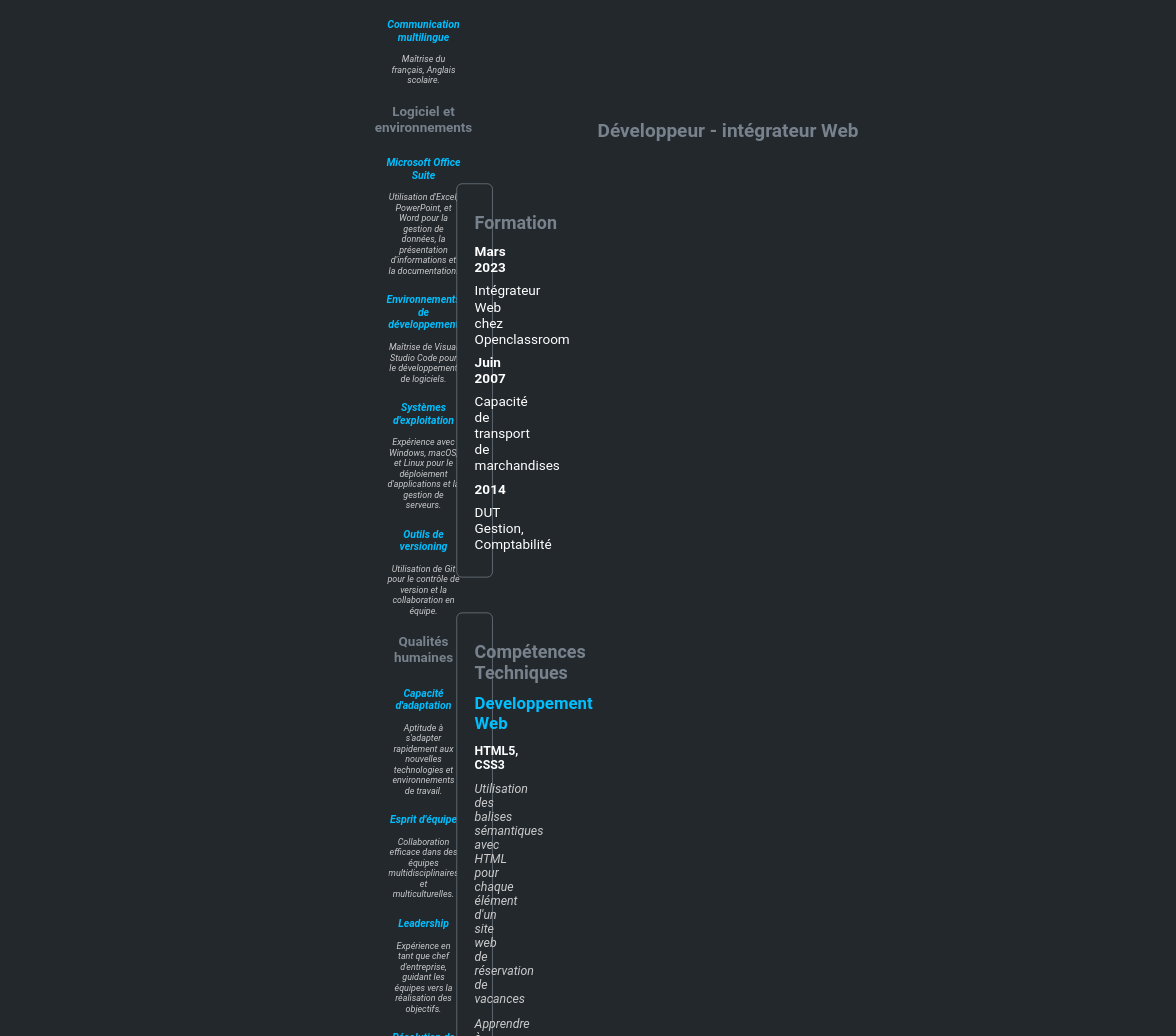
Repository: Christian121966/cv-logistique
Page: /
These files come from the project's save history. The page is drawn as it stood at one moment and after the next save; the edit follows.
The browser window is 1280 px wide. The page is 1680 px wide, so the pictures cover 1680 px, including what lies to the right of the window. The pictures show the part of the page from y = 0 to 1480 px (the page is 7311 px tall), at 70% of full size.
The project was rebuilt for these pictures with package versions that can differ from the ones it lists, and the page was loaded fresh each time.

Above is the page before, as saved 2024-07-29 01:23:53.

### public/index.html
<!DOCTYPE html>
<html lang="en">
  <head>
    <meta charset="utf-8" />
    <link rel="icon" href="%PUBLIC_URL%/favicon.ico" />
    <meta name="viewport" content="width=device-width, initial-scale=1" />
    <meta name="theme-color" content="#000000" />
    <meta name="description" content="Curriculum Vitae de Christian Boissy, développeur web front-end" />
    <meta name="keywords" content="Christian Boissy, CV, développeur front-end, React, Node.js, JavaScript" />
    <meta name="author" content="Christian Boissy" />

    <!-- Open Graph Meta Tags -->
    <meta property="og:title" content="CV de Christian Boissy" />
    <meta property="og:description" content="Curriculum Vitae de Christian Boissy, développeur web front-end" />
    <meta property="og:image" content="%PUBLIC_URL%/logo192.png" />
    <meta property="og:url" content="https://christian121966.github.io/cv-christian-boissy/" />
    <meta property="og:type" content="website" />

    <!-- Twitter Card Meta Tags -->
    <meta name="twitter:card" content="summary_large_image" />
    <meta name="twitter:title" content="CV de Christian Boissy" />
    <meta name="twitter:description" content="Curriculum Vitae de Christian Boissy, développeur web front-end" />
    <meta name="twitter:image" content="%PUBLIC_URL%/logo192.png" />

    <link rel="apple-touch-icon" href="%PUBLIC_URL%/logo192.png" />
    <link rel="manifest" href="%PUBLIC_URL%/manifest.json" />
    <title>CV-CHRISTIAN-BOISSY</title>

    <!-- Google Analytics -->
    <script async src="https://www.googletagmanager.com/gtag/js?id=G-K4EJ3NRTQS"></script>
    <script>
      window.dataLayer = window.dataLayer || [];
      function gtag(){dataLayer.push(arguments);}
      gtag('js', new Date());
      gtag('config', 'G-K4EJ3NRTQS');
    </script>
  </head>
  <body>
    <noscript>You need to enable JavaScript to run this app.</noscript>
    <div id="root"></div>
    <!--
      This HTML file is a template.
      If you open it directly in the browser, you will see an empty page.

      You can add webfonts, meta tags, or analytics to this file.
      The build step will place the bundled scripts into the <body> tag.

      To begin the development, run `npm start` or `yarn start`.
      To create a production bundle, use `npm run build` or `yarn build`.
    -->
  </body>
</html>

### src/index.js
import React from 'react';
import ReactDOM from 'react-dom/client';
import './index.css';
import App from './App';
import ReactGA from 'react-ga4';

ReactGA.initialize('G-K4EJ3NRTQS', {
  cookieFlags: 'SameSite=None; Secure'
});

ReactGA.send('pageview');

const root = ReactDOM.createRoot(document.getElementById('root'));
root.render(
  <React.StrictMode>
    <App />
  </React.StrictMode>
);

### src/App.js
import React from 'react';
import './App.css';
import Footer from './components/Footer';
import Section from './components/Section';
import Sidebar from './components/Sidebar';
import Formation from './components/Formation';
import CompetencesTechniques from './components/CompetencesTechniques';
import ExperiencesProfessionnelles from './components/ExperiencesProfessionnelles';

function App() {
  return (
    <div className="App">
      <header className="cv-title">
        <h1>Développeur - intégrateur Web</h1>
      </header>
      <div className="container">
        <Sidebar />
        <main>
          <div className="card">
            <Section title="Formation">
              <Formation />
            </Section>
          </div>
          <div className="card">
            <Section title="Compétences Techniques">
              <CompetencesTechniques />
            </Section>
          </div>
          <div className="card">
            <Section title="Expériences Professionnelles">
              <ExperiencesProfessionnelles />
            </Section>
          </div>
        </main>
      </div>
      <Footer />
    </div>
  );
}

export default App;

### src/App.css
@charset "UTF-8";
/* Variables de couleurs */
/* Mixins */
*,
*::before,
*::after {
  box-sizing: border-box;
  margin: 0;
  padding: 0;
}

body {
  background-color: rgb(35, 40, 45);
  color: rgb(255, 255, 255);
  font-family: "Roboto", sans-serif;
  padding: 0;
  margin: 0;
  overflow-x: hidden;
  overflow-y: auto;
}
body header.cv-title {
  display: flex;
  justify-content: center;
  position: relative;
  top: 185px;
  left: 0;
  margin-bottom: 2px;
}
body header.cv-title h1 {
  color: rgb(120, 130, 140);
  font-size: 1em;
}
body .container {
  display: flex;
  flex-direction: column;
  padding: 10px;
}
body .container .container {
  display: flex;
  flex-direction: column;
  padding: 10px;
}
body .container .sidebar {
  width: 100%;
  font-size: 0.8em;
  display: flex;
  flex-direction: column;
  justify-content: center;
  align-items: center;
  padding: 2px;
}
body .container .sidebar h2 {
  font-size: 1.5em;
  text-align: center;
  margin: 15px 0 15px 0;
  color: rgb(120, 130, 140);
}
body .container .sidebar .profile-photo {
  width: 150px;
  height: 150px;
  border-radius: 50%;
  margin-bottom: 30px;
  cursor: pointer;
  transition: width 0.3s ease, height 0.3s ease;
}
body .container .sidebar .profile-photo:hover {
  width: 360px;
  height: 360px;
  border-radius: 50%;
  margin-bottom: 30px;
}
body .container .sidebar address {
  margin-top: 15px;
}
body .container .sidebar address a {
  color: mediumaquamarine;
}
body .container .sidebar ul {
  list-style-type: none;
  text-align: center;
}
body .container .sidebar ul h3 {
  margin: 15px 0 15px 0;
  color: deepskyblue;
}
body .container .sidebar ul li {
  display: flex;
  flex-direction: column;
  margin-bottom: 10px;
  overflow-y: auto;
}
body .container .sidebar ul li li > span {
  display: block; /* Assurez-vous que span est affiché comme bloc */
  text-align: center; /* Exemple de centrage de span */
  color: #777; /* Exemple de couleur de texte */
}
body main {
  margin: 0;
}
body section h2 {
  font-size: 1.2em;
  margin: 15px 0 15px 0;
}
body .card {
  margin: 5px;
  padding: 10px;
  background: rgb(35, 40, 45);
  border: 1px solid rgb(120, 130, 140);
  border-radius: 8px;
}
body .card div, body .card ul {
  font-size: 0.9em;
  list-style-type: none;
  margin-bottom: 10px;
}
body .card h2 {
  color: rgb(120, 130, 140);
}
body .card h3 {
  font-size: 1.1em;
  margin: 15px 0 15px 0;
  color: deepskyblue;
}
body li {
  margin-bottom: 15px;
  font-style: italic;
  color: #ccc;
}
body .li_title {
  font-weight: bold;
  font-style: normal;
  color: #fff;
}
body p {
  font-size: 1em;
}
body footer p {
  font-size: 0.6em;
  display: flex;
  justify-content: center;
  text-align: center;
}

/* Pour les écrans de 320px à 425px */
@media screen and (max-width: 425px) {
  body header.cv-title {
    position: relative;
    top: 190px;
    left: 0;
    margin-bottom: 2px;
    text-align: center;
  }
  body header.cv-title h1 {
    color: rgb(120, 130, 140);
    font-size: 1.2em;
  }
  body .container {
    display: flex;
    flex-direction: column;
    padding: 10px;
  }
  body .sidebar {
    width: 100%;
    font-size: 0.8em;
    display: flex;
    flex-direction: column;
    justify-content: center;
    align-items: center;
    padding: 2px;
  }
  body .sidebar h2 {
    font-size: 1.1em;
    text-align: center;
    margin: 15px 0;
    color: rgb(120, 130, 140);
  }
  body .sidebar .profile-photo {
    width: 150px;
    height: 150px;
    border-radius: 50%;
    margin-bottom: 30px;
  }
  body .sidebar address {
    margin-top: 0;
  }
  body .sidebar address a {
    color: mediumaquamarine;
  }
  body .sidebar ul {
    list-style-type: none;
  }
  body .sidebar ul h3 {
    margin: 15px 0;
    color: deepskyblue;
    text-align: center;
  }
  body .sidebar ul li {
    margin-bottom: 10px;
    text-align: center;
  }
  body .sidebar ul li span {
    display: block;
    color: #ccc;
  }
  body main {
    margin: 0;
    padding: 15px;
  }
  body section h2 {
    font-size: 1.3em;
    margin: 15px 0;
  }
  body .card {
    margin: 10px;
    padding: 12px;
    background: rgb(35, 40, 45);
    border: 1px solid rgb(120, 130, 140);
    border-radius: 8px;
  }
  body .card .formation-date {
    color: #fff;
    font-style: normal;
    font-size: 1.2em;
  }
  body .card div, body .card ul {
    font-size: 0.9em;
    list-style-type: none;
    color: #ccc;
    font-style: italic;
  }
  body .card h3 {
    font-size: 1.2em;
    margin: 15px 0;
    color: deepskyblue;
  }
  body p {
    font-size: 1em;
  }
  body footer p {
    font-size: 0.8em;
    display: flex;
    justify-content: center;
    text-align: center;
    margin: 10px;
  }
}
/* Pour les écrans de 768px et plus */
@media screen and (min-width: 768px) {
  body header.cv-title {
    top: 140px;
    left: 260px;
    margin-bottom: 20px;
  }
  body header.cv-title h1 {
    font-size: 1.5em;
  }
  body .container {
    display: flex;
    flex-direction: row;
    padding: 25px;
    justify-content: center;
    align-items: flex-start;
    max-width: 10px;
    margin: 0 auto;
  }
  body .sidebar {
    width: 35%;
    font-size: 1.1em;
    padding: 15px;
    display: flex;
    flex-direction: column;
    justify-content: flex-start;
    align-items: center;
    height: 170vh;
    margin-right: 20px;
  }
  body .sidebar .profile-photo {
    width: 180px;
    height: 180px;
  }
  body .sidebar h2 {
    font-size: 1.3em;
  }
  body main {
    width: 65%;
    padding: 0 25px;
    display: flex;
    flex-direction: column;
    margin-top: 150px;
  }
  body section h2 {
    font-size: 1.5em;
  }
  body .card {
    margin: 20px 0;
    padding: 20px;
    background: rgb(35, 40, 45);
    border: 1px solid rgb(120, 130, 140);
    border-radius: 8px;
  }
  body .card div, body .card ul {
    font-size: 0.9em;
  }
  body .card h3 {
    font-size: 1.4em;
  }
  body p {
    font-size: 0.9em;
  }
  footer {
    display: flex;
    justify-content: center;
    align-items: center;
    margin-top: 20px;
  }
  footer p {
    font-size: 0.8em;
  }
}
/* Pour les écrans de 1024px et plus */
@media screen and (min-width: 1024px) {
  body header.cv-title {
    top: 170px;
    left: 400px;
    margin-bottom: 25px;
    overflow-y: hidden;
    overflow-x: hidden;
  }
  body header.cv-title h1 {
    font-size: 1.7em;
  }
  body .container {
    padding: 30px;
  }
  body .sidebar {
    width: 35%;
    font-size: 1.2em;
    padding: 20px;
  }
  body .sidebar .profile-photo {
    width: 190px;
    height: 190px;
  }
  body .sidebar h2 {
    font-size: 1.4em;
  }
  body section h2 {
    font-size: 1.6em;
  }
  body .card {
    margin: 25px 0;
    padding: 25px;
  }
  body .card div, body .card ul {
    font-size: 1.1em;
  }
  body .card h3 {
    font-size: 1.5em;
  }
  body p {
    font-size: 1em;
  }
}/*# sourceMappingURL=App_20240729012353.css.map */

### src/components/Footer.js
import React from 'react';

const Footer = () => {
  return (
    <footer>
      <p>© 2024 Christian Boissy. Tous droits réservés.</p>
    </footer>
  );
};

export default Footer;

### src/components/Section.js
import React from 'react';

const Section = ({ title, children }) => {
  return (
    <section>
      <h2>{title}</h2>
      {children}
    </section>
  );
};

export default Section;

### src/components/Sidebar.js
import React from 'react';
import ReactGA from 'react-ga4';

function handleEmailClick() {
  ReactGA.event({
    category: 'User',
    action: 'Clicked on Email Link',
    label: 'Email'
  });
}

function handleLinkedInClick() {
  ReactGA.event({
    category: 'User',
    action: 'Clicked on LinkedIn Link',
    label: 'LinkedIn'
  });
}

const Sidebar = () => {
  return (
    <aside className="sidebar">
      <img src={`${process.env.PUBLIC_URL}/images/Chris.png`} alt="Chris" className="profile-photo" />
      <h1>Christian Boissy</h1>
      <address>
        Tel : 0669311966<br />
        <a href="mailto:boissychristian@gmail.com" onClick={handleEmailClick}>boissychristian@gmail.com</a><br />
        <a href="https://linkedin.com/in/christian-boissy-272b68181" target="_blank" rel="noopener noreferrer" onClick={handleLinkedInClick}>
          linkedin.com/in/christian-boissy-272b68181
          <p>Permis B - Véhicule</p>
        </a>
      </address>
      <h2>Compétences professionnelles et linguistiques</h2>
      <ul>
        <li>
          <h3>Communication multilingue</h3>
          <span>Maîtrise du français, Anglais scolaire.</span>
        </li>
      </ul>
      <h2>Logiciel et environnements</h2>
      <ul>
        <li>
          <h3>Microsoft Office Suite</h3>
          <span>Utilisation d'Excel, PowerPoint, et Word pour la gestion de données, la présentation d'informations et la documentation.</span>
        </li>
        <li>
          <h3>Environnements de développement</h3>
          <span>Maîtrise de Visual Studio Code pour le développement de logiciels.</span>
        </li>
        <li>
          <h3>Systèmes d'exploitation</h3>
          <span>Expérience avec Windows, macOS, et Linux pour le déploiement d'applications et la gestion de serveurs.</span>
        </li>
        <li>
          <h3>Outils de versioning</h3>
          <span>Utilisation de Git pour le contrôle de version et la collaboration en équipe.</span>
        </li>
      </ul>
      <h2>Qualités humaines</h2>
      <ul>
        <li>
          <h3>Capacité d'adaptation</h3>
          <span>Aptitude à s'adapter rapidement aux nouvelles technologies et environnements de travail.</span>
        </li>
        <li>
          <h3>Esprit d'équipe</h3>
          <span>Collaboration efficace dans des équipes multidisciplinaires et multiculturelles.</span>
        </li>
        <li>
          <h3>Leadership</h3>
          <span>Expérience en tant que chef d'entreprise, guidant les équipes vers la réalisation des objectifs.</span>
        </li>
        <li>
          <h3>Résolution de problèmes</h3>
          <span>Compétence avérée dans l'identification et la résolution de problèmes complexes de manière créative et efficace.</span>
        </li>
        <li>
          <h3>Empathie</h3>
          <span>Forte capacité à comprendre et à répondre aux besoins des clients et des collègues.</span>
        </li>
      </ul>
    </aside>
  );
};

export default Sidebar;

### src/components/Formation.js
import React from 'react';
import cvData from '../data/cvData';


function Formation() {
  return (
    <>
      {cvData.formation.map((item, index) => (
        <div key={index} className="formation-item">
          <div className="formation-date"><strong>{item.date}</strong></div>
          <div className="formation-title">{item.title}</div>
          {item.details && <div className="formation-details">{item.details}</div>}
        </div>
      ))}
    </>
  );
}

export default Formation;

### src/components/CompetencesTechniques.js
import React from 'react';
import cvData from '../data/cvData';

function CompetencesTechniques() {
  return (
    <>
      <h3>Developpement Web</h3>
      <ul>
        {cvData.competences.developpementWeb.map((item, index) => (
          <li key={index} className={item.title ? 'li_title' : ''}>
            {item.text}
          </li>
        ))}
      </ul>
      <h3>Logistique</h3>
      <ul>
        {cvData.competences.logistique.map((item, index) => (
          <li key={index} className={item.title ? 'li_title' : ''}>
            {item.text}
          </li>
        ))}
      </ul>
    </>
  );
}

export default CompetencesTechniques;

### src/components/ExperiencesProfessionnelles.js
import React from 'react';
import cvData from '../data/cvData';

function ExperiencesProfessionnelles() {
  // Vérifiez que cvData.experiences est défini et qu'il s'agit d'un tableau
  if (!cvData.experiences || !Array.isArray(cvData.experiences)) {
    return <div>Aucune expérience professionnelle disponible.</div>;
  }

  return (
    <div>
      {cvData.experiences.map((exp, index) => (
        <div key={index}>
          <h3>{exp.title}</h3>
          <p>{exp.date}</p>
          {exp.details && exp.details.map((detail, idx) => (
            typeof detail === 'string' ?
              <p key={idx}>{detail}</p> :
              <div key={idx}>
                <strong>{detail.highlight}</strong>
                {detail.list ? <ul>{detail.list.map((item, itemIdx) => <li key={itemIdx}>{item}</li>)}</ul> : <p>{detail.description}</p>}
              </div>
          ))}
          {/* Si exp.details n'est pas défini, affichez un message ou laissez vide */}
          {!exp.details && <p></p>}
        </div>
      ))}
    </div>
  );
}

export default ExperiencesProfessionnelles;

### src/data/cvData.js
const cvData = {
  formation: [
    {
      date: "Mars 2023",
      title: "Intégrateur Web chez Openclassroom",
    },
    {
      date: "Juin 2007",
      title: "Capacité de transport de marchandises",
    },
    {
      date: "2014",
      title: "DUT Gestion, Comptabilité"
    }
  ],
  competences: {
    developpementWeb: [
      { title: true, text: "HTML5, CSS3" },
      { title: false, text: "Utilisation des balises sémantiques avec HTML pour chaque élément d'un site web de réservation de vacances" },
      { title: false, text: "Apprendre à utiliser des balises sémantiques pour améliorer l'accessibilité et le référencement de votre site web." },
      { title: true, text: "JavaScript (ES6+)" },
      { title: false, text: "Réalisation d'un carrousel du site d'une imprimerie" },
      { title: false, text: "Créer un carrousel d'images interactif en utilisant JavaScript." },
      { title: false, text: "Utilisation de JavaScript pour créer de manière dynamique le site web d'un architecte" },
      { title: false, text: "Utiliser JavaScript pour générer du contenu dynamique et interactif sur un site web en communiquant avec une API." },
      { title: true, text: "React.js" },
      { title: true, text: "Responsive design" },
      { title: false, text: "Implémentation d'un site d'une plateforme de restauration en mobile-first avec SASS" },
      { title: false, text: "Couvrir les techniques de conception mobile first en utilisant SASS pour garantir un site optimisé pour les appareils mobiles avant de l'adapter aux écrans plus grands. Découvrir comment utiliser les fonctionnalités avancées de SASS comme les variables, les mixins, et les fonctions pour créer des styles modulaires et réutilisables." },
      { title: true, text: "Optimisation SEO" }
    ],
    logistique: [
      { title: true, text: "Capacité de transport de marchandises" },
      { title: false, text: "Gestion d'une société de transport de marchandises" },
      { title: false, text: "Gestion de personnel" },
      { title: false, text: "Gestion des stocks" },
      {title: true, text:"Communication" },
      { title: false, text:"Gestion des contacts" },
      { title: false, text:"Gestion du personnel" }
    ]
  },
  experiences: [
    {
      date: "Déc. 2021 - Juin 2022",
      title: "First Stop Sartrouville - Herblay",
      details: [
        { highlight: "Livraison de pneus en Ile de France, gestion des commandes et des stocks" },
      ]
    },
    {
      date: "2007 - 2021",
      title: "Gérant de société de transport - Paris",
      details: [
        { highlight: "Livraison de colis en partenariat avec Colisweb"},
        { highlight: "Livraison avec SVP"},
        { highlight: "Livraison avec CG Courses"}
      ]
    },
    {
      date: "1999 - 2007",
      title: "Cariste gestionnaire de stocks - Rougier Panneaux - Gennevilliers",
      details: [
        { highlight: "Chargement et déchargemement de colis de panneaux de bois"},
        { highlight: "Gestion du stock"},
        { highlight: "Préparation des commandes"}
      ]
    }
  ]
};

export default cvData;

Loaded but not shown: src/index.css (common file)

After the next save:
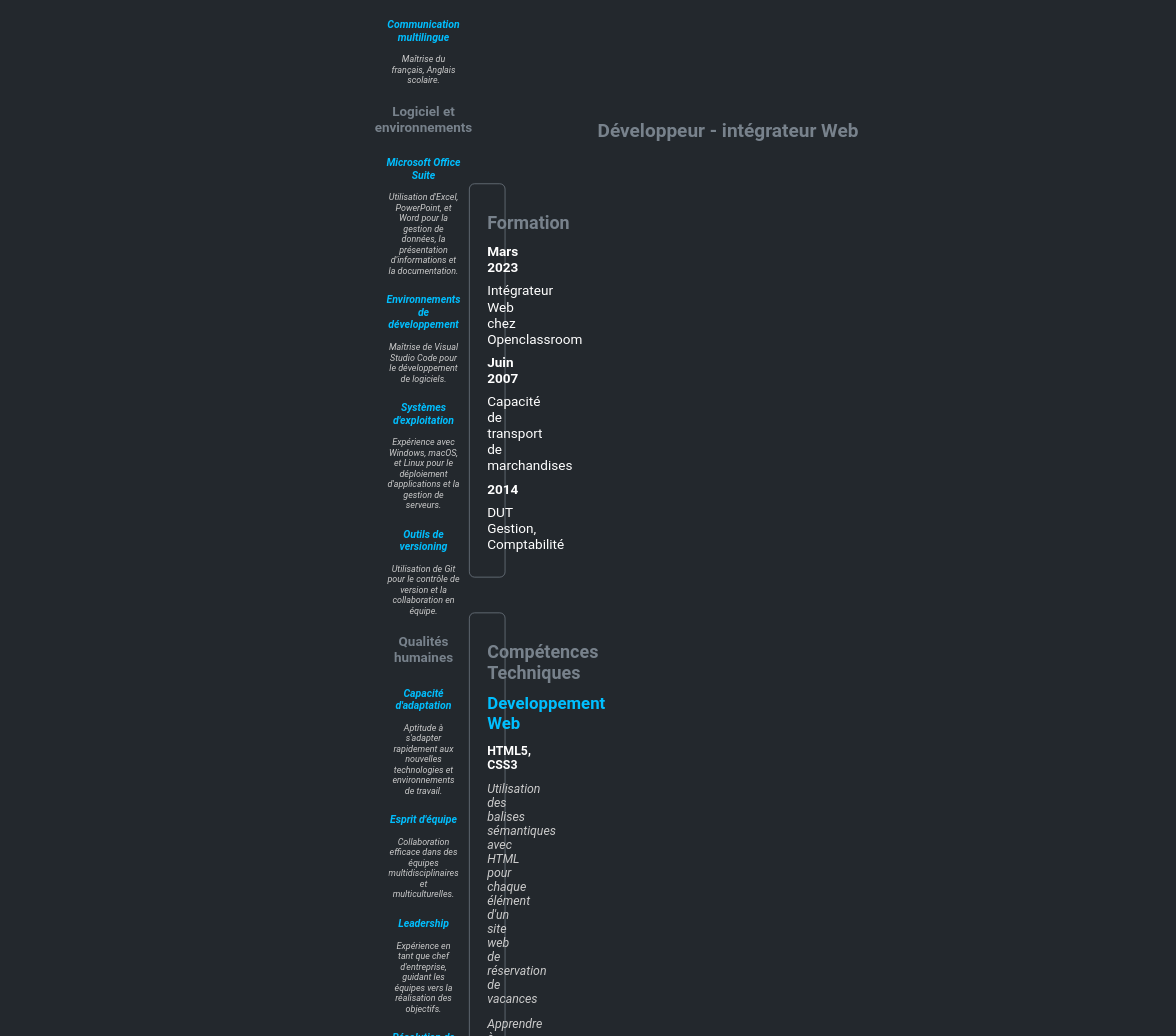
Saved 2 s later.
--- a/src/App.css
+++ b/src/App.css
@@ -260,7 +260,7 @@ body footer p {
     padding: 25px;
     justify-content: center;
     align-items: flex-start;
-    max-width: 10px;
+    max-width: 100px;
     margin: 0 auto;
   }
   body .sidebar {
@@ -360,4 +360,4 @@ body footer p {
   body p {
     font-size: 1em;
   }
-}/*# sourceMappingURL=App_20240729012353.css.map */
+}/*# sourceMappingURL=App_20240729012355.css.map */
